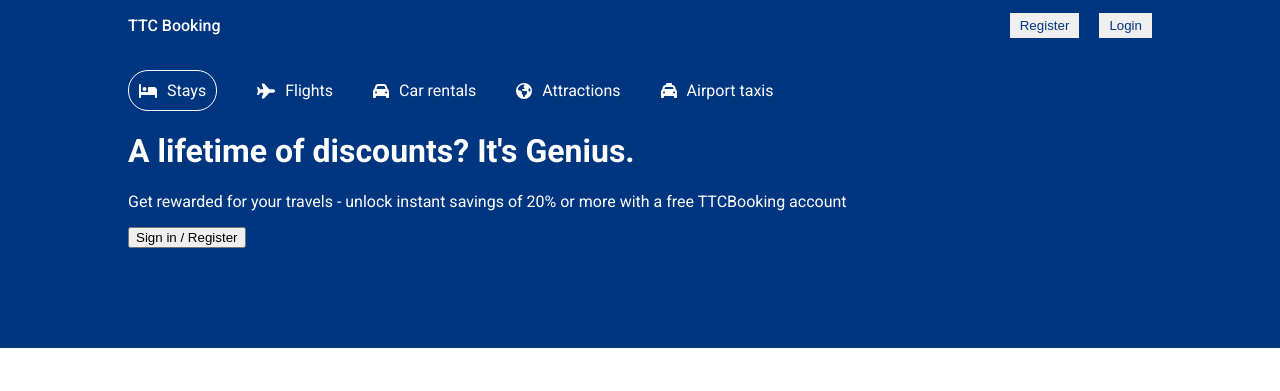
Repository: CarsonDev1/booking-app
Page: /
These files come from the project's save history. The page is drawn as it stood at one moment and after the next save; the edit follows.
The browser window is 1280 px wide. The pictures show the whole page.
The project was rebuilt for these pictures with package versions that can differ from the ones it lists, and the page was loaded fresh each time. Also part of the build but not shown: src/pages/home/home.css, src/pages/hotel/Hotel.jsx, src/pages/list/List.jsx.

Above is the page before, as saved 2022-12-03 00:47:27.

After the next save:
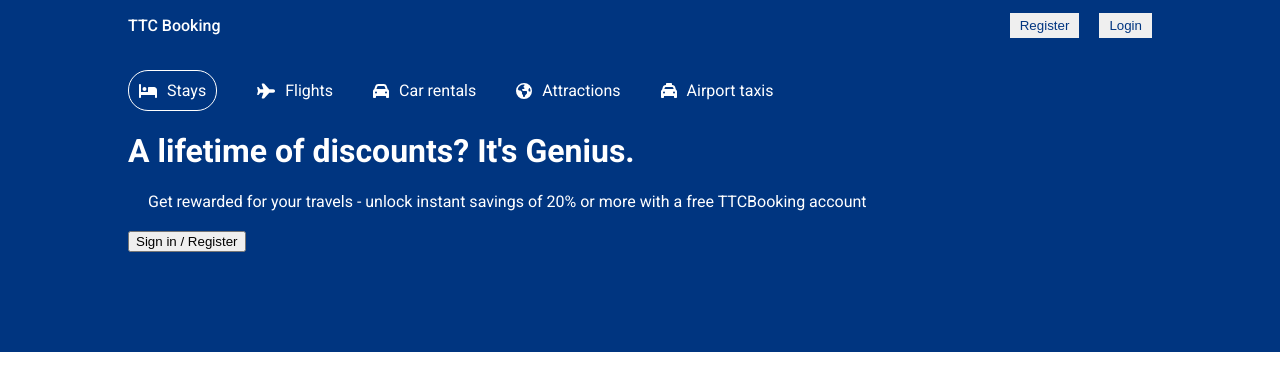
Saved 16 s later.
--- a/src/components/header/header.css
+++ b/src/components/header/header.css
@@ -23,3 +23,6 @@
 	padding: 10px;
 	border-radius: 20px;
 }
+.headerDesc {
+	margin: 20px;
+}
